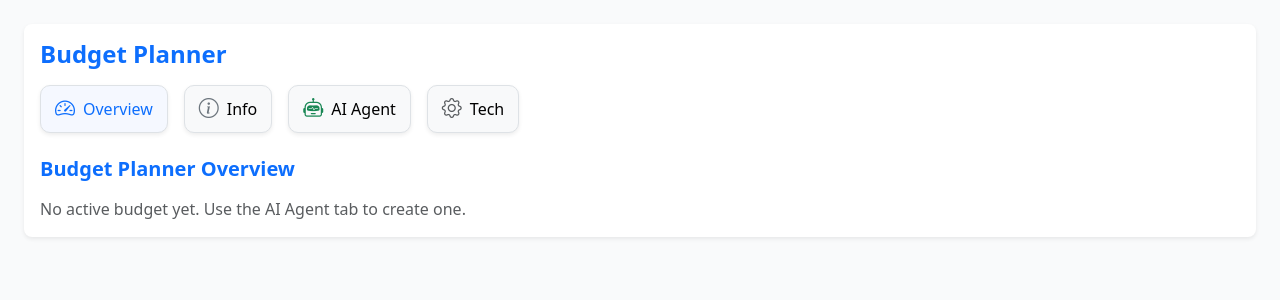
Repository: tonym642/bizcore360-wp
Page: pages/budget.html
An editor plug-in stored every save of this project. The page is shown before and after the next save, followed by the edit.
The browser window is 1280 px wide. The pictures show the whole page.

Above is the page before, as saved 2025-10-22 17:47:23.

After the next save:
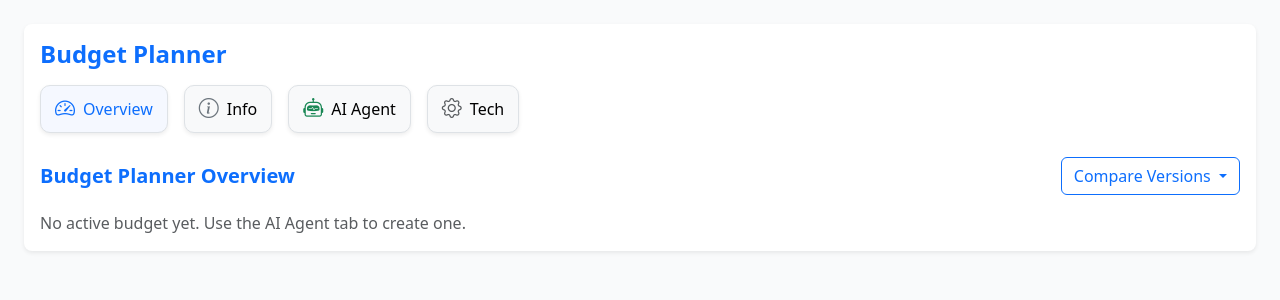
Saved 3 min 35 s later.
--- a/pages/budget.html
+++ b/pages/budget.html
@@ -53,7 +53,18 @@
 
           <!-- Overview -->
           <div class="tab-pane fade show active" id="main">
-            <h5 class="fw-semibold mb-3 text-primary">Budget Planner Overview</h5>
+            <div class="d-flex justify-content-between align-items-center mb-3">
+              <h5 class="fw-semibold text-primary mb-0">Budget Planner Overview</h5>
+              <div class="dropdown">
+                <button class="btn btn-outline-primary dropdown-toggle" type="button" id="versionDropdown" data-bs-toggle="dropdown" aria-expanded="false">
+                  Compare Versions
+                </button>
+                <ul class="dropdown-menu dropdown-menu-end" id="versionList" aria-labelledby="versionDropdown">
+                  <li><span class="dropdown-item-text text-muted small">No versions yet</span></li>
+                </ul>
+              </div>
+            </div>
+
             <div id="moduleData" class="text-muted">
               No active budget yet. Use the AI Agent tab to create one.
             </div>
@@ -121,11 +132,13 @@
       });
     });
 
-    // Simple chat simulation
     const chatInput = document.getElementById('chatInput');
     const chatSend = document.getElementById('chatSend');
     const chatMessages = document.getElementById('chatMessages');
     const moduleData = document.getElementById('moduleData');
+    const versionList = document.getElementById('versionList');
+
+    const STORAGE_KEY = "budgetVersions";
 
     function addMessage(text, sender = 'user') {
       const msg = document.createElement('div');
@@ -153,28 +166,55 @@
       }
     });
 
-    // --- BUTTON LOGIC ---
-    const generateDemo = document.getElementById('generateDemo');
-    const makeActive = document.getElementById('makeActive');
-
     function renderData(result) {
       moduleData.innerHTML = `
         <div class="card bg-light p-3 rounded-3 shadow-sm">
-          <h6 class="fw-semibold mb-2 text-primary">Active Budget Summary</h6>
+          <h6 class="fw-semibold mb-2 text-primary">${result.title}</h6>
           <p class="small text-muted mb-2">Last updated: ${new Date(result.timestamp).toLocaleString()}</p>
           <div>${result.output}</div>
         </div>`;
+      saveVersion(result);
+      updateVersionDropdown();
     }
 
     function switchToOverview() {
       document.querySelector('[data-bs-target="#main"]').click();
     }
 
+    function saveVersion(result) {
+      const versions = JSON.parse(localStorage.getItem(STORAGE_KEY) || "[]");
+      versions.push(result);
+      localStorage.setItem(STORAGE_KEY, JSON.stringify(versions));
+    }
+
+    function updateVersionDropdown() {
+      const versions = JSON.parse(localStorage.getItem(STORAGE_KEY) || "[]");
+      versionList.innerHTML = "";
+
+      if (versions.length === 0) {
+        versionList.innerHTML = `<li><span class="dropdown-item-text text-muted small">No versions yet</span></li>`;
+        return;
+      }
+
+      versions.forEach((v, i) => {
+        const li = document.createElement("li");
+        li.innerHTML = `<a class="dropdown-item" href="#">${v.title} (${new Date(v.timestamp).toLocaleTimeString()})</a>`;
+        li.querySelector("a").addEventListener("click", () => {
+          renderData(v);
+        });
+        versionList.appendChild(li);
+      });
+    }
+
+    // --- Buttons ---
+    const generateDemo = document.getElementById('generateDemo');
+    const makeActive = document.getElementById('makeActive');
+
     generateDemo.addEventListener('click', () => {
       const demoData = {
+        title: "Demo Budget (October 2025)",
         timestamp: Date.now(),
         output: `
-          <strong>Demo Budget for October 2025</strong><br>
           - Income: $25,000<br>
           - Expenses: $18,500<br>
           - Profit: $6,500<br>
@@ -186,9 +226,9 @@
 
     makeActive.addEventListener('click', () => {
       const activeData = {
+        title: "AI-Generated Budget",
         timestamp: Date.now(),
         output: `
-          <strong>AI-Generated Budget Summary</strong><br>
           - Income: $30,000<br>
           - Expenses: $21,000<br>
           - Profit: $9,000<br>
@@ -197,6 +237,9 @@
       renderData(activeData);
       switchToOverview();
     });
+
+    // Load dropdown on start
+    updateVersionDropdown();
   </script>
 </body>
 </html>

After the save that followed:
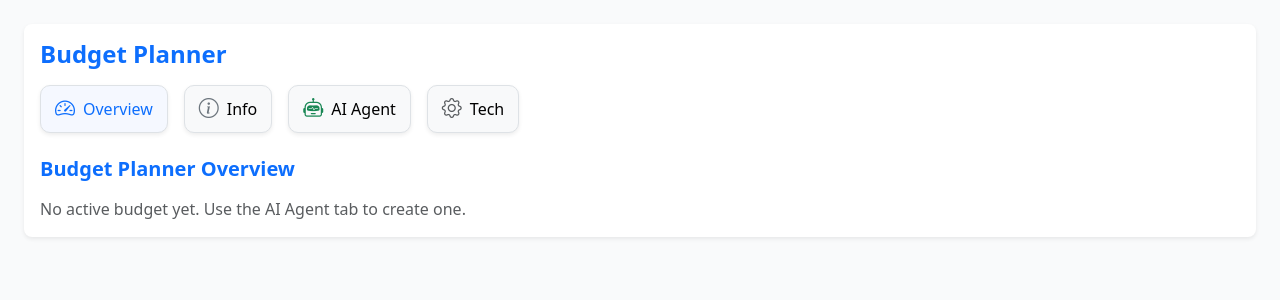
Saved 3 min 28 s later.
--- a/pages/budget.html
+++ b/pages/budget.html
@@ -53,18 +53,7 @@
 
           <!-- Overview -->
           <div class="tab-pane fade show active" id="main">
-            <div class="d-flex justify-content-between align-items-center mb-3">
-              <h5 class="fw-semibold text-primary mb-0">Budget Planner Overview</h5>
-              <div class="dropdown">
-                <button class="btn btn-outline-primary dropdown-toggle" type="button" id="versionDropdown" data-bs-toggle="dropdown" aria-expanded="false">
-                  Compare Versions
-                </button>
-                <ul class="dropdown-menu dropdown-menu-end" id="versionList" aria-labelledby="versionDropdown">
-                  <li><span class="dropdown-item-text text-muted small">No versions yet</span></li>
-                </ul>
-              </div>
-            </div>
-
+            <h5 class="fw-semibold mb-3 text-primary">Budget Planner Overview</h5>
             <div id="moduleData" class="text-muted">
               No active budget yet. Use the AI Agent tab to create one.
             </div>
@@ -73,9 +62,14 @@
           <!-- Info -->
           <div class="tab-pane fade" id="info">
             <h5 class="fw-semibold mb-3 text-primary">Module Information</h5>
-            <p id="infoText" class="text-muted">
-              This module helps you build and manage budgets using AI or manually.
-            </p>
+            <div class="mb-3">
+              <textarea id="infoText" class="form-control" rows="6" placeholder="Describe this module..."></textarea>
+            </div>
+            <div class="text-end">
+              <button class="btn btn-primary" id="saveInfo">
+                <i class="bi bi-save me-1"></i> Save Info
+              </button>
+            </div>
           </div>
 
           <!-- AI Agent -->
@@ -121,6 +115,7 @@
 
   <!-- MODULE PAGE SCRIPT -->
   <script>
+    // ------------------- MENU NAV -------------------
     const buttons = document.querySelectorAll('#moduleMenu button');
     buttons.forEach(btn => {
       btn.addEventListener('click', () => {
@@ -132,13 +127,11 @@
       });
     });
 
+    // ------------------- CHAT -------------------
     const chatInput = document.getElementById('chatInput');
     const chatSend = document.getElementById('chatSend');
     const chatMessages = document.getElementById('chatMessages');
     const moduleData = document.getElementById('moduleData');
-    const versionList = document.getElementById('versionList');
-
-    const STORAGE_KEY = "budgetVersions";
 
     function addMessage(text, sender = 'user') {
       const msg = document.createElement('div');
@@ -166,55 +159,34 @@
       }
     });
 
+    // ------------------- OVERVIEW LOGIC -------------------
     function renderData(result) {
       moduleData.innerHTML = `
         <div class="card bg-light p-3 rounded-3 shadow-sm">
-          <h6 class="fw-semibold mb-2 text-primary">${result.title}</h6>
+          <h6 class="fw-semibold mb-2 text-primary">Active Budget Summary</h6>
           <p class="small text-muted mb-2">Last updated: ${new Date(result.timestamp).toLocaleString()}</p>
           <div>${result.output}</div>
         </div>`;
-      saveVersion(result);
-      updateVersionDropdown();
+      localStorage.setItem("budgetActive", JSON.stringify(result));
+    }
+
+    function loadActiveBudget() {
+      const saved = localStorage.getItem("budgetActive");
+      if (saved) renderData(JSON.parse(saved));
     }
 
     function switchToOverview() {
       document.querySelector('[data-bs-target="#main"]').click();
     }
 
-    function saveVersion(result) {
-      const versions = JSON.parse(localStorage.getItem(STORAGE_KEY) || "[]");
-      versions.push(result);
-      localStorage.setItem(STORAGE_KEY, JSON.stringify(versions));
-    }
-
-    function updateVersionDropdown() {
-      const versions = JSON.parse(localStorage.getItem(STORAGE_KEY) || "[]");
-      versionList.innerHTML = "";
-
-      if (versions.length === 0) {
-        versionList.innerHTML = `<li><span class="dropdown-item-text text-muted small">No versions yet</span></li>`;
-        return;
-      }
-
-      versions.forEach((v, i) => {
-        const li = document.createElement("li");
-        li.innerHTML = `<a class="dropdown-item" href="#">${v.title} (${new Date(v.timestamp).toLocaleTimeString()})</a>`;
-        li.querySelector("a").addEventListener("click", () => {
-          renderData(v);
-        });
-        versionList.appendChild(li);
-      });
-    }
-
-    // --- Buttons ---
     const generateDemo = document.getElementById('generateDemo');
     const makeActive = document.getElementById('makeActive');
 
     generateDemo.addEventListener('click', () => {
       const demoData = {
-        title: "Demo Budget (October 2025)",
         timestamp: Date.now(),
         output: `
+          <strong>Demo Budget for October 2025</strong><br>
           - Income: $25,000<br>
           - Expenses: $18,500<br>
           - Profit: $6,500<br>
@@ -226,9 +198,9 @@
 
     makeActive.addEventListener('click', () => {
       const activeData = {
-        title: "AI-Generated Budget",
         timestamp: Date.now(),
         output: `
+          <strong>AI-Generated Budget Summary</strong><br>
           - Income: $30,000<br>
           - Expenses: $21,000<br>
           - Profit: $9,000<br>
@@ -238,8 +210,24 @@
       switchToOverview();
     });
 
-    // Load dropdown on start
-    updateVersionDropdown();
+    // ------------------- INFO TAB SAVE/LOAD -------------------
+    const infoText = document.getElementById('infoText');
+    const saveInfo = document.getElementById('saveInfo');
+    const INFO_KEY = "budgetInfo";
+
+    function loadInfo() {
+      const saved = localStorage.getItem(INFO_KEY);
+      if (saved) infoText.value = saved;
+    }
+
+    saveInfo.addEventListener('click', () => {
+      localStorage.setItem(INFO_KEY, infoText.value);
+      alert("✅ Info saved successfully.");
+    });
+
+    // ------------------- INITIAL LOAD -------------------
+    loadActiveBudget();
+    loadInfo();
   </script>
 </body>
 </html>
